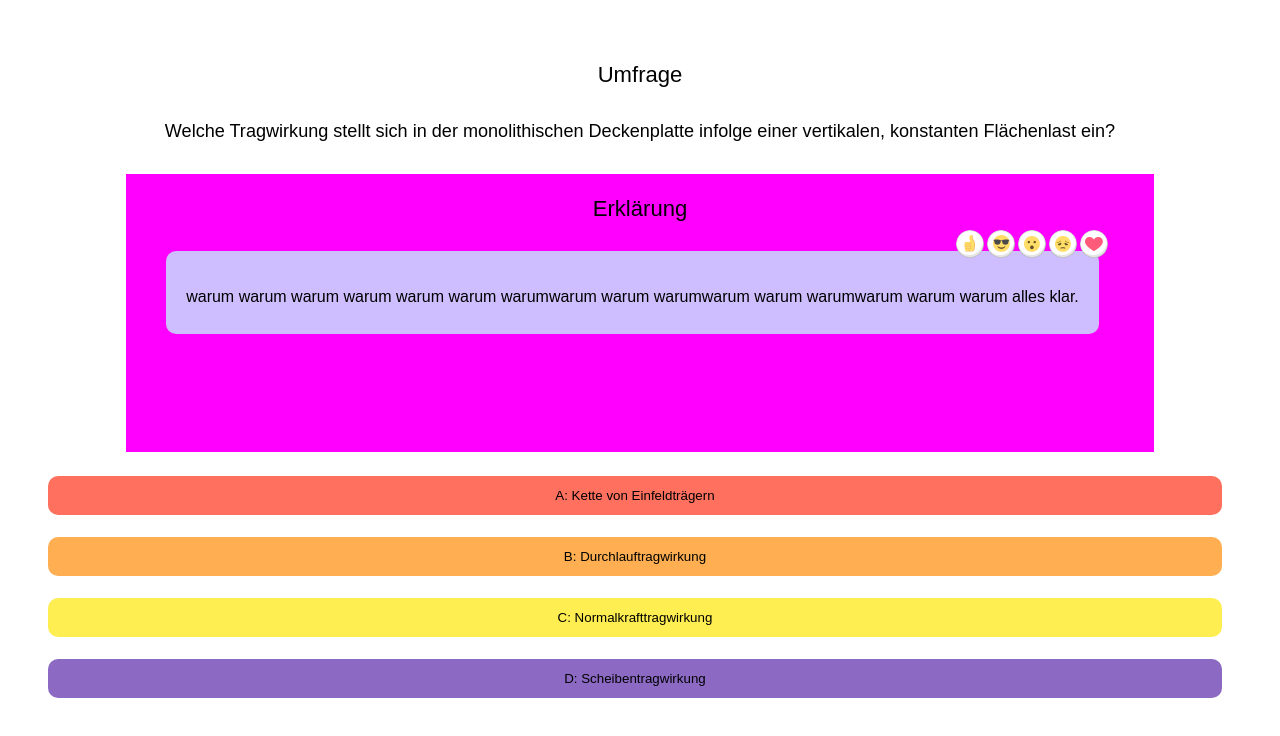
Repository: HyunraDate/Quinlan
Page: /Erklaerung
The author's editor kept a copy of each file at every save. The page is drawn from the files as they stood at one save, then again after the next save.
The browser window is 1280 px wide. The pictures show the whole page.
The project was rebuilt for these pictures with package versions that can differ from the ones it lists, and the page was loaded fresh each time. Also part of the build but not shown: vite.config.js, src/views/Ergebnis1.vue, src/views/Ergebnis2.vue.

Above is the page before, as saved 2023-08-02 13:22:47.

After the next save:
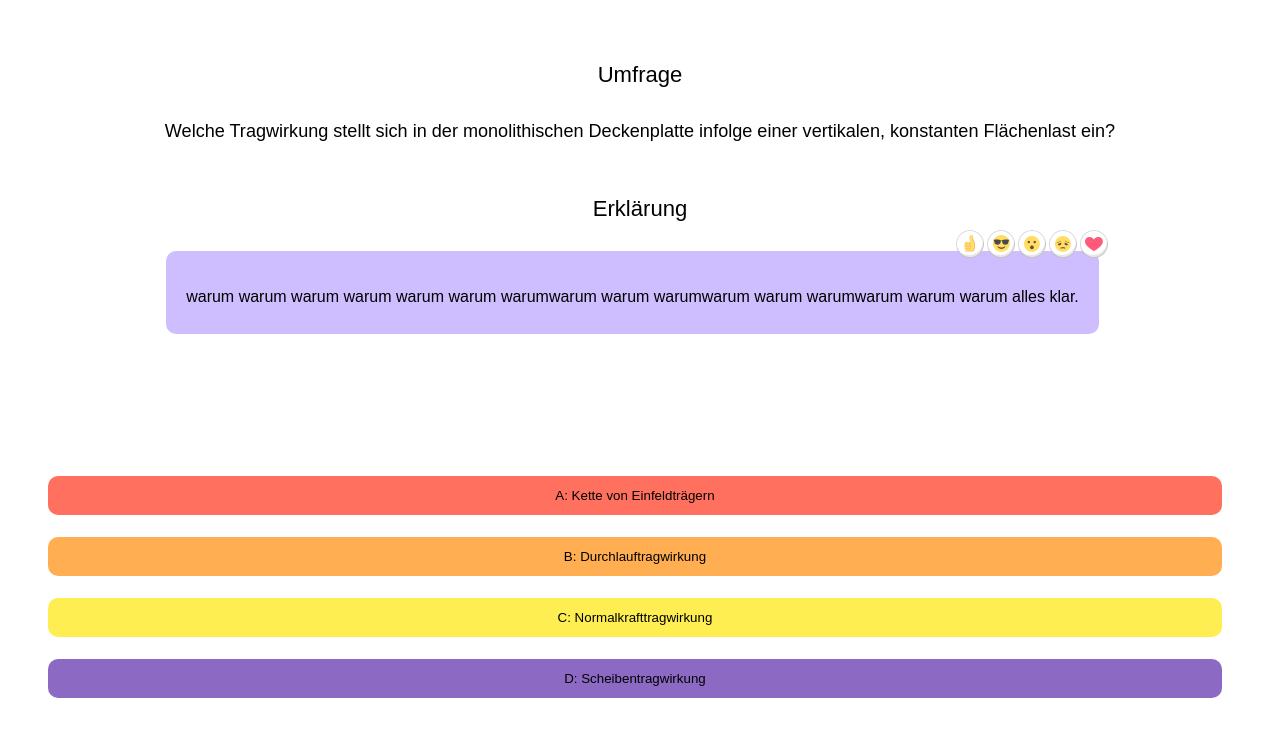
Saved 28 s later.
--- a/src/css/Step4.css
+++ b/src/css/Step4.css
@@ -123,7 +123,8 @@ html {
     padding-bottom: 4rem ;
     padding-left: 2.5rem;
     padding-right: 2.5rem;
-    background-color: #ff00ff;
+    /* background-color: #ff00ff; */
+    background-color: #ffffff;
   }
   .space-y-10 > *:not(:first-child) {
     margin-top: 0.63rem;
